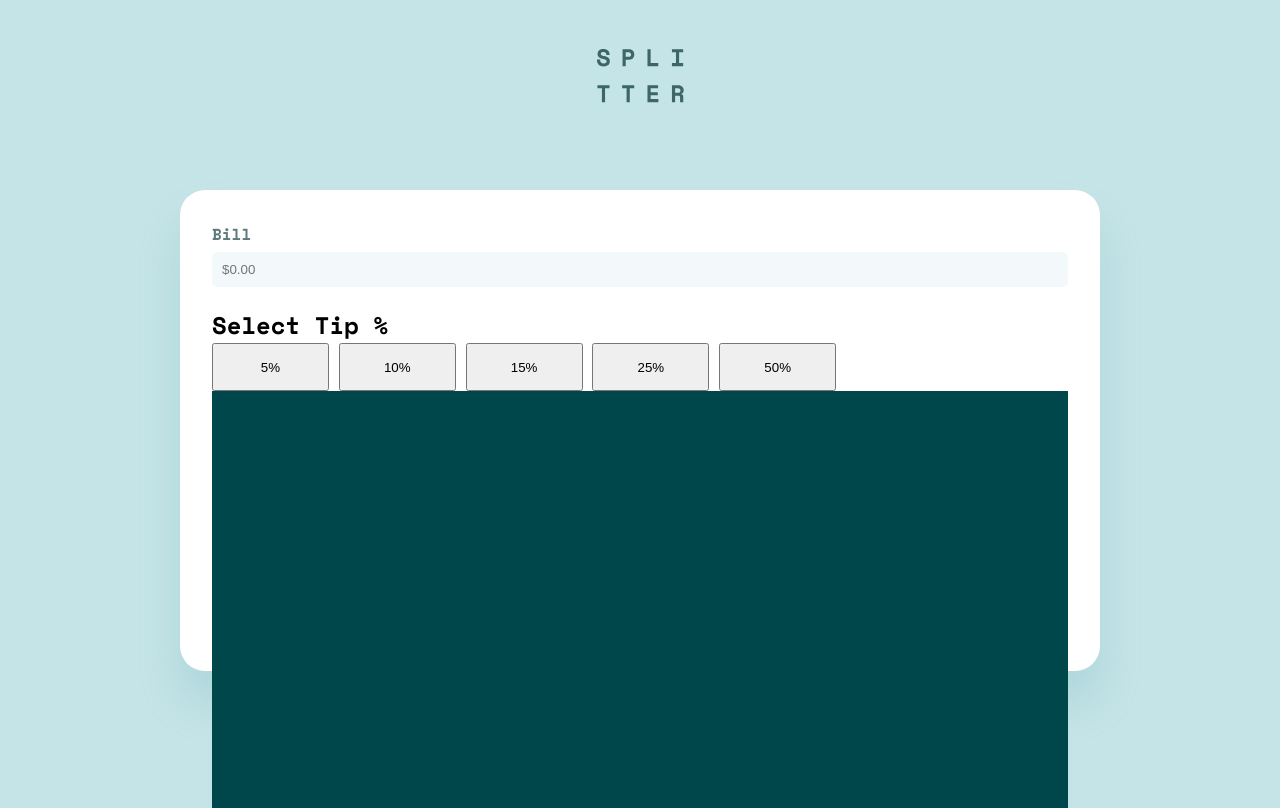
Repository: brandontaylor1/splitter
Page: index.html
The author's editor kept a copy of each file at every save. The page is drawn from the files as they stood at one save, then again after the next save.
The browser window is 1280 px wide. The pictures show the whole page.

Above is the page before, as saved 2025-02-06 16:31:20.

### index.html
<!DOCTYPE html>
<html lang="en">
<head>
    <meta charset="UTF-8">
    <meta name="viewport" content="width=device-width, initial-scale=1.0">
    <link rel="preconnect" href="https://fonts.googleapis.com">
    <link rel="preconnect" href="https://fonts.gstatic.com" crossorigin>
    <link href="https://fonts.googleapis.com/css2?family=Space+Mono:ital,wght@0,400;0,700;1,400;1,700&display=swap" rel="stylesheet">
    <link rel="stylesheet" href="styles.css">
    <title>Splitter | Tip Calculator</title>
</head>
<body>
    <img src="./assets/images/logo.svg" id="logo-image" alt="logo image">
    <main class="container">
        <div class="left-column">
            <div class="bill-input">
                <h2>Bill</h2>

                <input type="text" id="bill-input" placeholder="$0.00">
            </div>
            <div class="tip-input">
                <h2>Select Tip %</h2>
                <div class="tip-buttons">
                    <button class="tip-button">5%</button>
                    <button class="tip-button">10%</button>
                    <button class="tip-button">15%</button>
                    <button class="tip-button">25%</button>
                    <button class="tip-button">50%</button>
                </div>
        </div>
        <div class="right-column">

        </div>
    </main>
</body>
</html>

### styles.css
* {
    box-sizing: border-box;
    margin: 0;
    padding: 0;
}

:root {
    --background-color: #C5E4E7;
    --input-text-color: #00474B;
    --primary-white: #fff;
    --calculated-numbers-color: #26C2AE;
    --input-title-color: #5E7A7D;
    --input-background-color: #F3F9FA;
    --input-icon-color: #9EBBBD;
    --title-text-color: #3D6666;
    --custom-input-color: #547878;
}

/* UTILITY CLASSES */
.space-mono-regular {
    font-family: "Space Mono", serif;
    font-weight: 400;
    font-style: normal;
  }

  .space-mono-bold {
    font-family: "Space Mono", serif;
    font-weight: 700;
    font-style: normal;
  }

  .space-mono-regular-italic {
    font-family: "Space Mono", serif;
    font-weight: 400;
    font-style: italic;
  }

  .space-mono-bold-italic {
    font-family: "Space Mono", serif;
    font-weight: 700;
    font-style: italic;
  }


body {
    background-color: #C5E4E7;
    height: 100vh;
    width: 100%;
    display: flex;
    flex-direction: column;
    justify-content: center;
    align-items: center;
    font-family: "Space Mono", monospace;
}

#logo-image {
    margin-bottom: 87px;
}

.container {
    background-color: var(--primary-white);
    width: 920px;
    height: 481px;
    border-radius: 25px;
    box-shadow: 0px 32px 43px 0px rgba(79, 166, 175, 0.20);
    display: flex;
    flex-direction: row;
    gap: 48px;
    grid-template-columns: 1fr 1fr;
    grid-template-rows: 1fr;
    padding: 32px;
}

.left-column {
    width: 100%;
    height: 100%;
}

.right-column {
    width: 100%;
    height: 100%;
    background-color: var(--input-text-color);
}

input {
    width: 100%;
    padding: 10px;
    display: flex;
    flex-direction: row;
    justify-content: space-between;
    background-color: var(--input-background-color);
    border: none;
    border-radius: 5px;
    margin-bottom: 20px;
}


.bill-input h2 {
    font-size: 16px;
    color: var(--input-title-color);
    margin-bottom: 6px;
}

.tip-button {
    width: 117px;
    height: 48px;
    flex-shrink: 0;
}

After the next save:
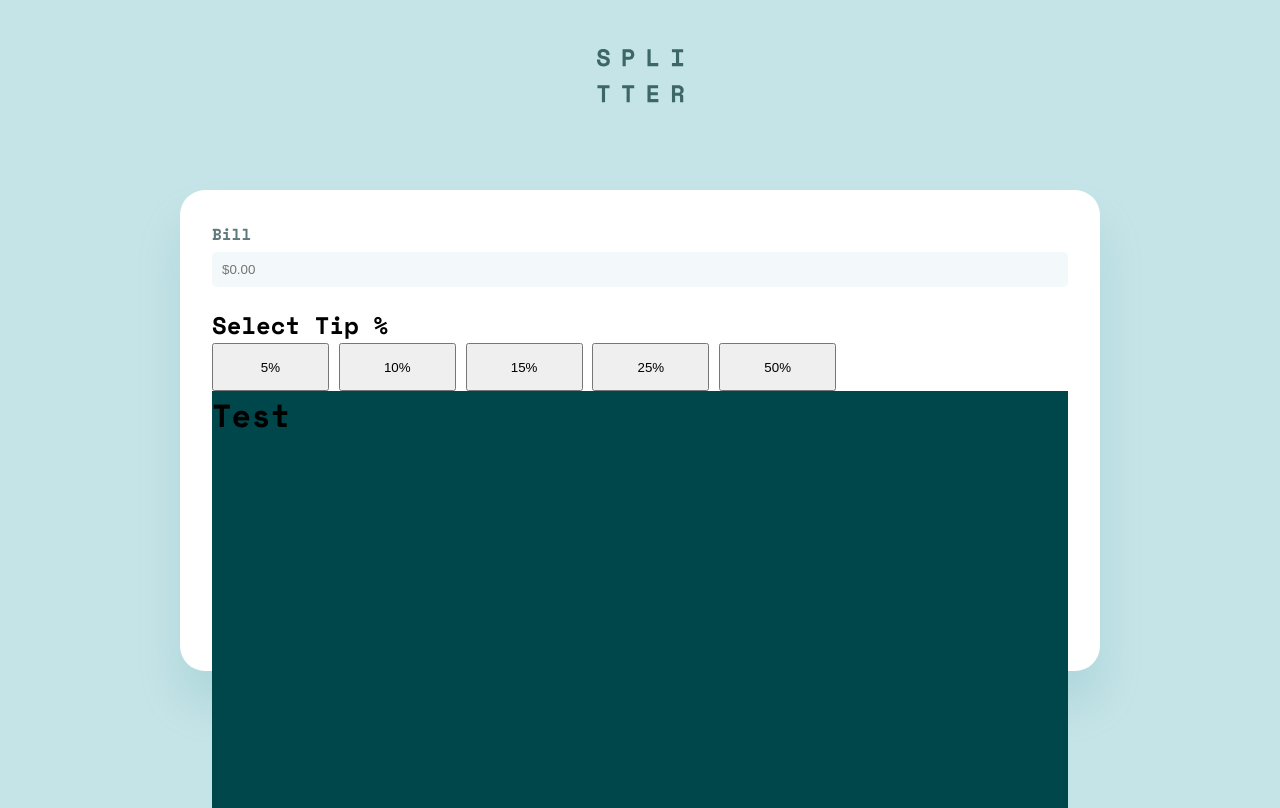
Saved 17 s later.
--- a/index.html
+++ b/index.html
@@ -29,7 +29,7 @@
                 </div>
         </div>
         <div class="right-column">
-
+            <h1>Test</h1>
         </div>
     </main>
 </body>
